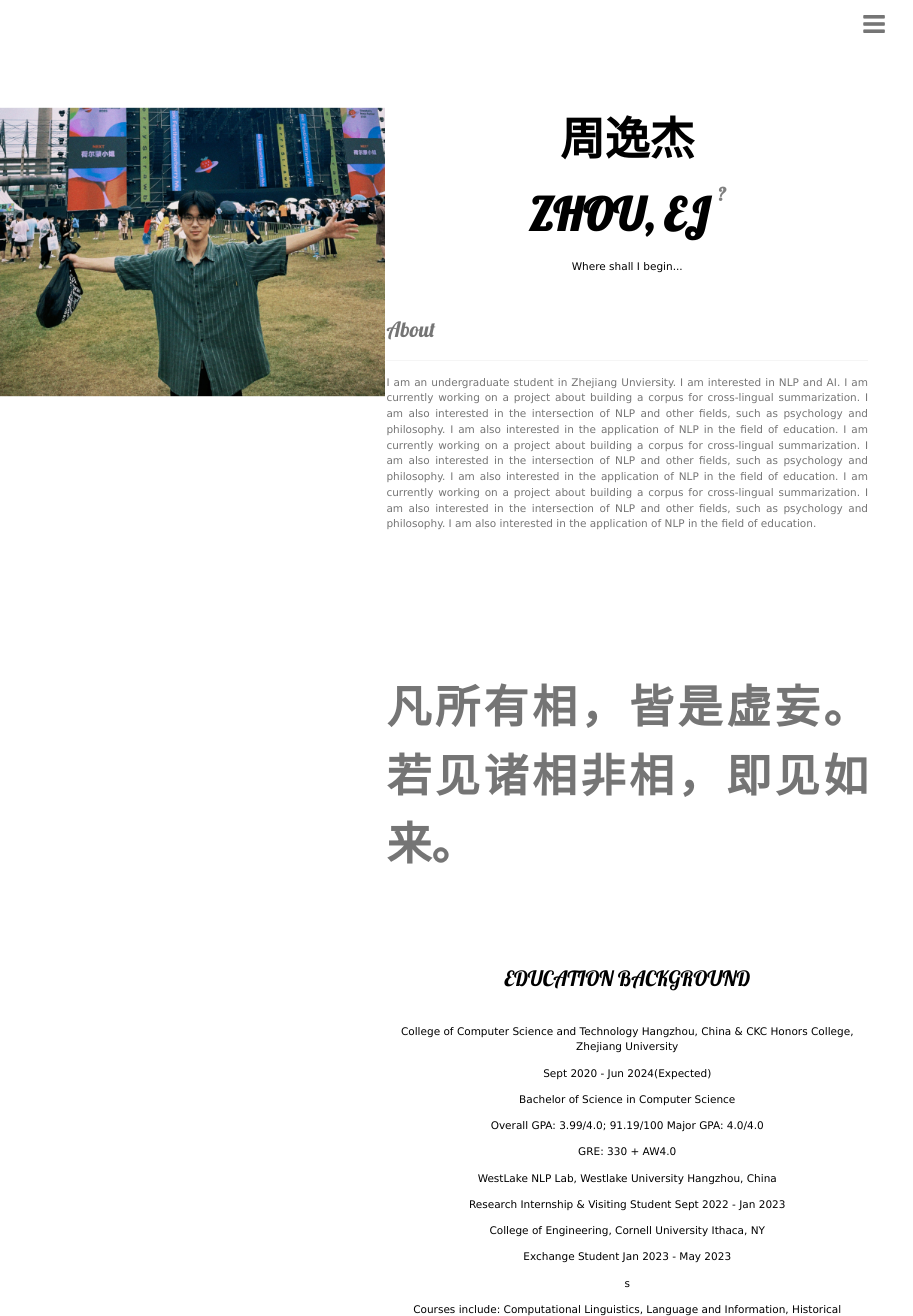
Repository: Ej-zhou/ej-zhou.github.io
Page: index.html
The author's editor kept a copy of each file at every save. The page is drawn from the files as they stood at one save, then again after a run of saves.
The browser window is 1280 px wide. The page is 1304 px wide, so the pictures cover 1304 px, including what lies to the right of the window. The pictures show the part of the page from y = 0 to 1880 px (the page is 6374 px tall), at 70% of full size.
Some web fonts or font styles are not loaded; a fallback is used.

Above is the page before, as saved 2023-08-12 15:11:24.

After the next 2 saves:
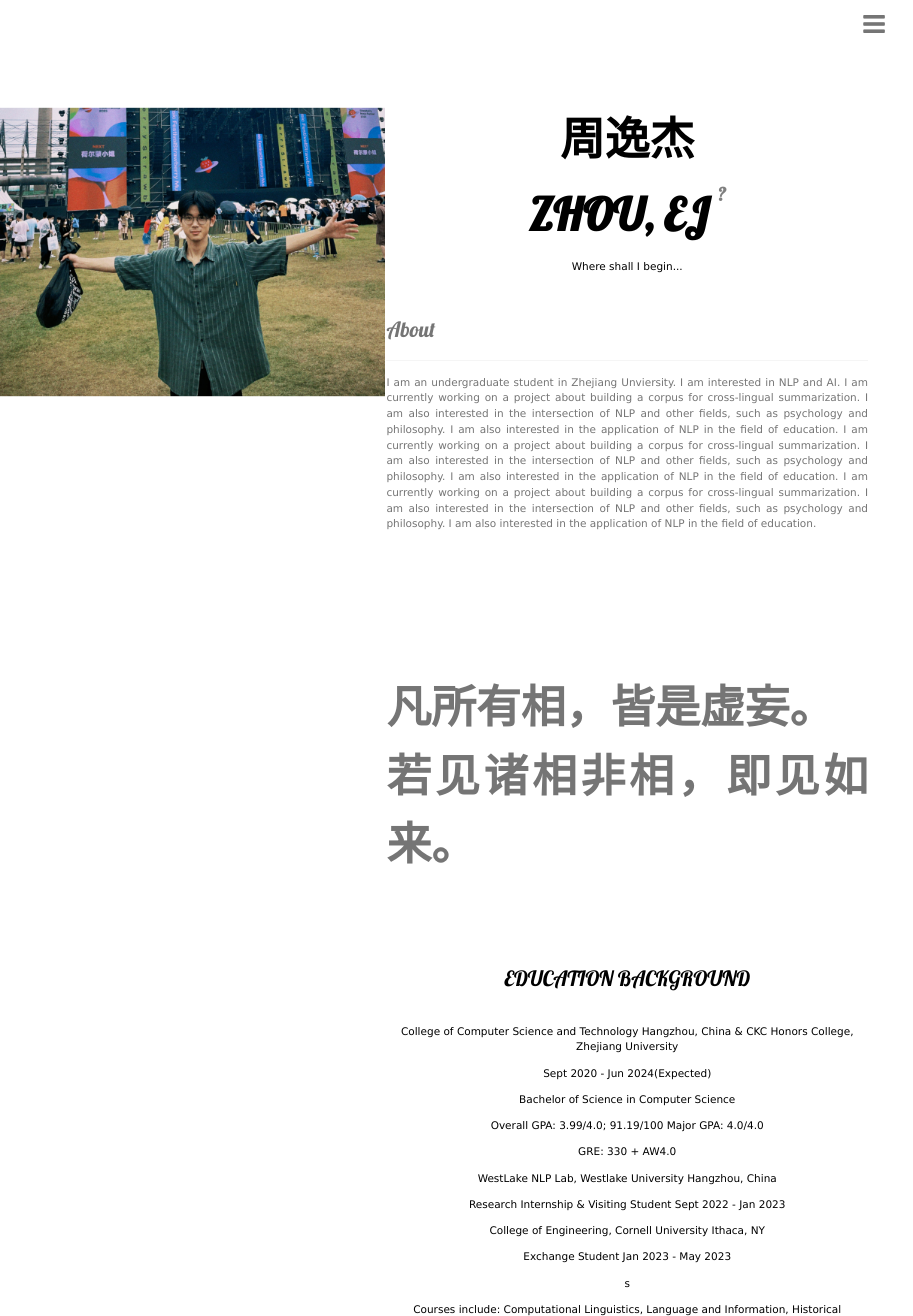
The 2 saves are shown as one change because they came seconds apart.
The last was saved 20 s later.
--- a/index.html
+++ b/index.html
@@ -334,7 +334,7 @@
 
 <br><br><br><br>
 <h1 class="w3-jumbo">
-    <b> <span class="chinese">凡所有相，皆是虚妄。若见诸相非相，即见如来。</span>           </b>
+    <b> <span class="chinese">凡所有相，皆是虚妄。<br> 若见诸相非相，即见如来。</span>           </b>
 </h1>
 
 
